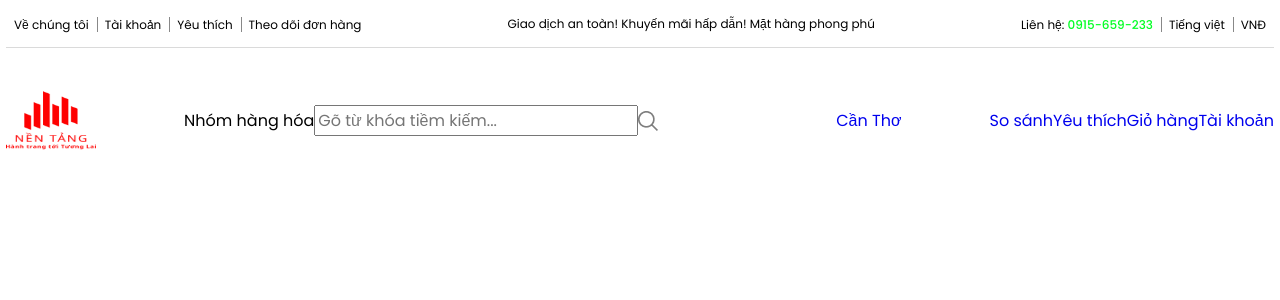
Repository: DucNghia2004/project_pro_01
Page: index.html
An editor plug-in stored every save of this project. The page is shown before and after the next save, followed by the edit.
The browser window is 1280 px wide. The pictures show the whole page.

Above is the page before, as saved 2024-05-30 21:25:06.

### index.html
<!DOCTYPE html>
<html lang="en">
    <head>
        <meta charset="UTF-8" />
        <meta name="viewport" content="width=device-width, initial-scale=1.0" />
        <title>Document</title>
        <!-- Reset CSS -->
        <link rel="stylesheet" href="./assets/css/resets.css" />

        <!-- Embed font -->
        <link rel="preconnect" href="https://fonts.googleapis.com" />
        <link rel="preconnect" href="https://fonts.gstatic.com" crossorigin />
        <link
            href="https://fonts.googleapis.com/css2?family=Poppins:ital,wght@0,100;0,200;0,300;0,400;0,500;0,600;0,700;0,800;0,900;1,100;1,200;1,300;1,400;1,500;1,600;1,700;1,800;1,900&display=swap"
            rel="stylesheet"
        />

        <!-- Styles CSS -->
        <link rel="stylesheet" href="./assets/css/styles.css" />
    </head>
    <body>
        <!-- Info_header -->
        <div class="info">
            <div class="container">
                <div class="info-info">
                    <div class="info-header">
                        <ul class="info__list">
                            <li class="info__item">
                                <a href="#!" class="info__link">Về chúng tôi</a>
                            </li>
                            <li class="info__item">
                                <a href="#!" class="info__link">Tài khoản</a>
                            </li>
                            <li class="info__item">
                                <a href="#!" class="info__link">Yêu thích</a>
                            </li>
                            <li class="info__item">
                                <a href="#!" class="info__link"
                                    >Theo dõi đơn hàng</a
                                >
                            </li>
                        </ul>
                    </div>
                    <div class="info-product">
                        <p class="indo-product__desc">
                            Giao dịch an toàn! Khuyến mãi hấp dẫn! Mặt hàng
                            phong phú
                        </p>
                    </div>
                    <div class="info-contact">
                        <ul class="info-contact__list">
                            <li class="info-contact__item">
                                <a href="#!" class="info-contact__link">
                                    Liên hệ:
                                    <strong class="info__tell"
                                        >0915-659-233</strong
                                    >
                                </a>
                            </li>
                            <li class="info-contact__item">
                                <a href="#!" class="info-contact__link"
                                    >Tiếng việt</a
                                >
                            </li>
                            <li class="info-contact__item">
                                <a href="#!" class="info-contact__link">VNĐ</a>
                            </li>
                        </ul>
                    </div>
                </div>
            </div>
        </div>

        <!-- Info_middle -->
        <div class="info-middle">
            <div class="container">
                <div class="info__inner">
                    <img
                        src="./shop_organic/shop_organic/theme/logo.jpg"
                        alt=""
                        class="info__logo"
                    />
                    <form action="" class="search-form">
                        <p class="search-form__desc">Nhóm hàng hóa</p>
                        <input
                            type="search"
                            name=""
                            id=""
                            class="search-form__input"
                            placeholder="Gõ từ khóa tiềm kiếm..."
                        />

                        <img
                            src="./shop_organic/shop_organic/theme/icons/search.png"
                            alt=""
                            class="search-from__icon"
                        />
                    </form>
                    <div class="info-cta__wrap">
                        <a href="#!" class="info__btn">Cần Thơ</a>
                    </div>
                    <div class="info-consumers">
                        <ul class="info-consumer__list">
                            <li class="info-consumer__litem">
                                <a href="#!" class="info-consumer__link">
                                    So sánh
                                </a>
                            </li>
                            <li class="info-consumer__litem">
                                <a href="#!" class="info-consumer__link">
                                    Yêu thích
                                </a>
                            </li>
                            <li class="info-consumer__litem">
                                <a href="#!" class="info-consumer__link">
                                    Giỏ hàng
                                </a>
                            </li>
                            <li class="info-consumer__litem">
                                <a href="#!" class="info-consumer__link">
                                    Tài khoản
                                </a>
                            </li>
                        </ul>
                    </div>
                </div>
            </div>
        </div>
    </body>
</html>

### assets/css/styles.css
* {
    box-sizing: border-box;
}

html {
    font-size: 62.5%;
}

body {
    font-size: 1.6rem;
    font-family: "Poppins", sans-serif;
}

input,
textarea,
select,
button {
    font-size: inherit;
    font-family: inherit;
}

.container {
    width: 100%;
    max-width: calc(100% - 12px);
    margin: 0 auto;
}

/* Comon */
a {
    text-decoration: none;
}

/* Info-header */
.info-info {
    position: relative;
}

.info-info::after {
    content: "";
    position: absolute;
    display: inline-block;
    left: 0;
    bottom: 0;
    width: 100%;
    height: 1px;
    background-color: rgba(0, 0, 0, 0.144);
}

.info-info {
    display: flex;
    align-items: center;
    justify-content: space-between;
    padding: 16px 0;
}

.info__list {
    display: flex;
}

.info__link {
    position: relative;
    padding: 4px 8px;
    color: black;
    font-size: 1.2rem;
}

.info__link:hover {
    text-shadow: 1px 0 0 black;
    color: black;
}

.info__link::before {
    position: absolute;
    content: "";
    display: inline-block;
    height: 15px;
    width: 1px;
    top: 5px;
    left: 0;
    background-color: rgba(0, 0, 0, 0.467);
}

.indo-product__desc {
    font-size: 1.2rem;
    color: black;
}

.info-contact__list {
    display: flex;
}

.info-contact__link {
    position: relative;
    padding: 4px 8px;
    color: black;
    font-size: 1.2rem;
}

.info-contact__link::before {
    position: absolute;
    content: "";
    display: inline-block;
    height: 15px;
    width: 1px;
    top: 5px;
    left: 0;
    background-color: rgba(0, 0, 0, 0.467);
}

.info-contact__list
    .info-contact__item:first-child
    .info-contact__link::before {
    display: none;
}

.info__list .info__item:first-child .info__link::before {
    display: none;
}

.info__tell {
    color: rgb(0, 255, 34);
    font-weight: 500;
}

/* Info middle */
.info-middle {
    padding: 40px 0;
}

.info__inner {
    display: flex;
    align-items: center;
    justify-content: space-between;
}

.info__logo {
    width: 90px;
    height: 65px;
}

.search-form {
    display: flex;
    align-items: center;
    width: 564px;
    height: 46px;
}

.info-consumer__list {
    display: flex;
}

Loaded but not shown: assets/css/resets.css (common file)

After the next save:
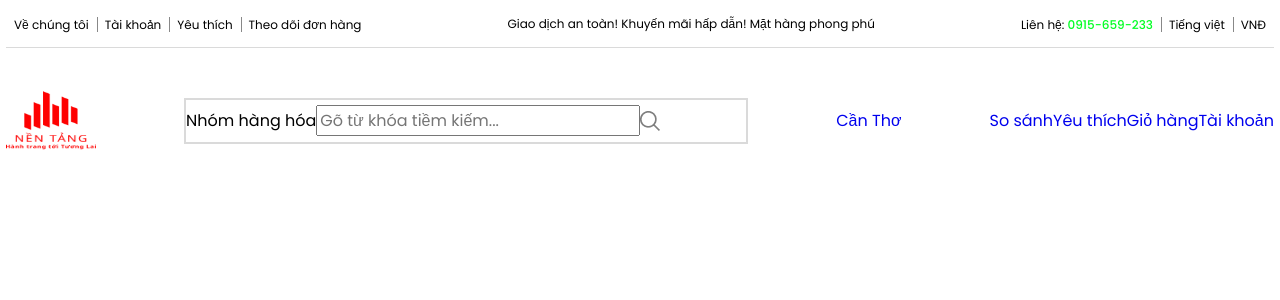
Saved 26 s later.
--- a/assets/css/styles.css
+++ b/assets/css/styles.css
@@ -143,6 +143,7 @@ a {
     align-items: center;
     width: 564px;
     height: 46px;
+    border: 2px solid rgba(0, 0, 0, 0.144);
 }
 
 .info-consumer__list {
